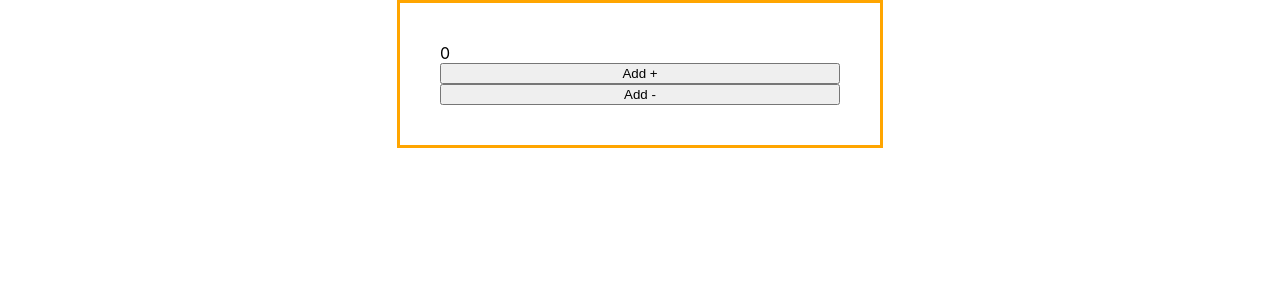
Repository: dnjfht/css-example
Page: /
These files come from the project's save history. The page is drawn as it stood at one moment and after the next save; the edit follows.
The browser window is 1280 px wide. The pictures show the whole page.
The project was rebuilt for these pictures with package versions that can differ from the ones it lists, and the page was loaded fresh each time.

Above is the page before, as saved 2023-05-09 18:43:44.

After the next save:
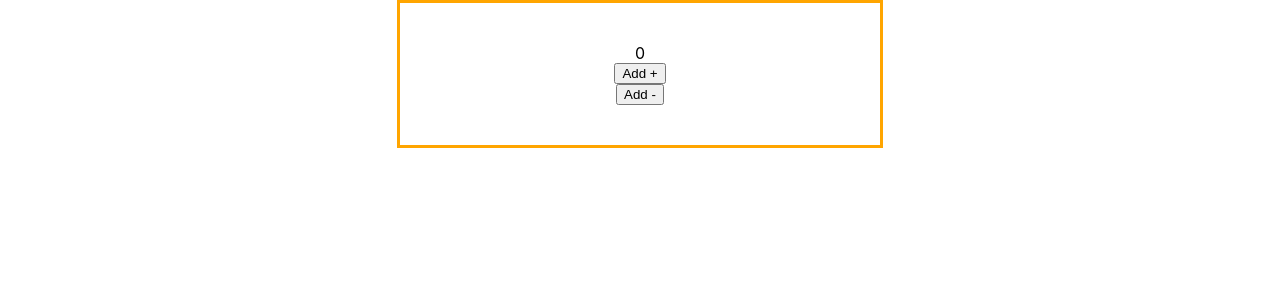
Saved 8 s later.
--- a/src/components/Counter.jsx
+++ b/src/components/Counter.jsx
@@ -18,6 +18,7 @@ export default function Counter({ count, setCount }) {
         border: "3px solid orange",
         display: "flex",
         flexDirection: "column",
+        alignItems: "center",
       }}
     >
       <span>{count}</span>
